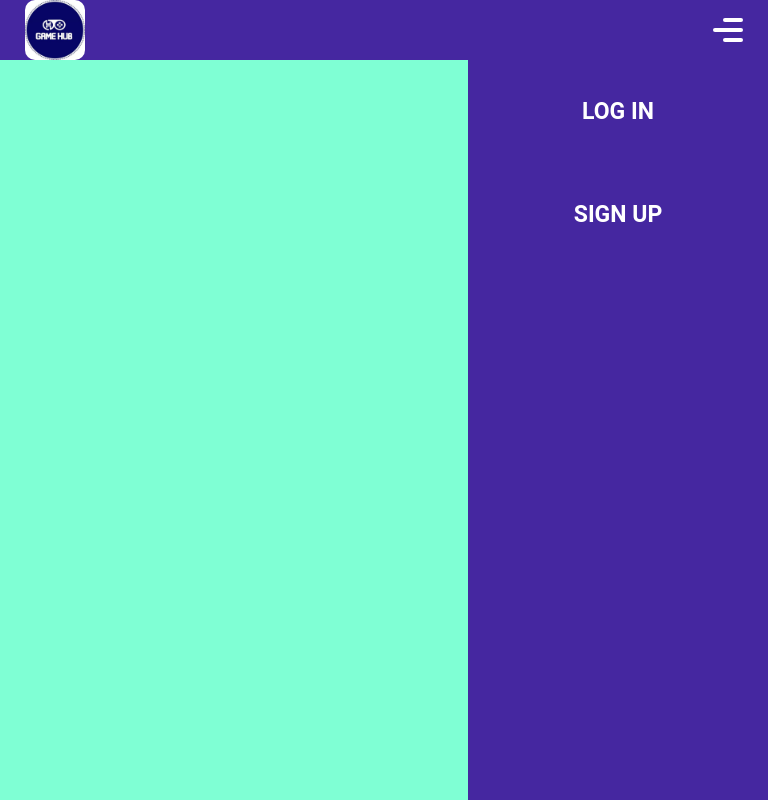
Repository: Fariaddd/HTML-CSS-reset
Page: index.html
These files come from the project's save history. The page is drawn as it stood at one moment and after the next save; the edit follows.
The browser window is 768 px wide. The pictures show the whole page.
Some web fonts or font styles are not loaded; a fallback is used.

Above is the page before, as saved 2022-04-01 17:27:45.

### index.html
<!DOCTYPE html>
<html lang="en">
  <head>
    <meta charset="UTF-8" />
    <meta http-equiv="X-UA-Compatible" content="IE=edge" />
    <meta name="viewport" content="width=device-width, initial-scale=1.0" />
    <title>Document</title>
    <link rel="stylesheet" href="style/index.css" />
  </head>
  <body>
    <header class="header">
      <div class="logo">
        <a href="./index.html">
          <img src="./img/Gamehub.png" alt="Gamehub-logo"
        /></a>
      </div>
      <div class="navigation">
          <input type="chechbox"
          class="toggle-menu">
          <div class="hamburger"></div>

        <ul class="menu">
          <li><a href="./all-games.html">All-Games</a></li>
          <li><a href="./about.html">About us</a></li>
          <li><a href="./concats.html">Contact us</a></li>
        </ul>
        <ul class="menu links">
            <li>
              <a href="./login.html" >LOG IN</a>
            </li>
            <li>
              <a href="./sign.html" >SIGN UP</a>
            </li>
      </div>
    </header>
  </body>
</html>

### style/index.css
@import url("https://fonts.googleepis.com/css?family=roboto:300,400,500,600,700,800,900&display=swap");

* {
  font-family: "Roboto";
  margin: 0;
  padding: 0;
  box-sizing: border-box;
}

body {
  background-color: aquamarine;
}
.header {
  position: relative;
  width: 100%;
  display: flex;
  justify-content: space-between;
  align-items: center;
  background: #4527a0;
  padding: 0 25px;
  transition: 0.3s;
}

.logo a {
  display: block;
}

.logo a img {
  display: block;
  width: 60px;
  border-radius: 10px;
}

.navigation {
  display: flex;
  justify-content: space-between;
  align-items: center;
}
.menu {
  display: flex;
  justify-content: center;
  flex-direction: row;
  align-items: center;
  z-index: 1;
  transition: 0.5s;
}

.menu li {
  list-style-type: none;
}

.menu li a {
  color: #fff;
  text-decoration: none;
  display: block;
  padding: 30px 15px;
  font-size: 23px;
  line-height: 1;
  transition: 0.3s;
  padding: 35px 25px 45px 25px;
}

.menu li a:hover {
  box-shadow: 0 -5px 0 #fff inset, 500px 0 0 rgba(255, 255, 255, 0.03) inset;
}

.links {
  background-color: black;
  font-weight: bold;
  text-decoration: none;
  list-style-type: none;
}

.hamburger {
  position: relative;
  width: 30px;
  height: 4px;
  background: #fff;
  border-radius: 10px;
  cursor: pointer;
  z-index: 2;
  transition: 0.3s;
}

.hamburger:before,
.hamburger:after {
  content: "";
  position: absolute;
  height: 4px;
  right: 0;
  background: #fff;
  border-radius: 10px;
  transition: 0.3s;
}

.hamburger:before {
  top: -10px;
  width: 20px;
}
.hamburger:after {
  top: 10px;
  width: 20px;
}

.toggle-menu {
  position: absolute;
  width: 30px;
  height: 100%;
  z-index: 3;
  cursor: pointer;
  opacity: 0;
}

.hamburger,
.toggle-menu {
  display: none;
}

.navigation input:checked ~ .hamburger {
  background: transparent;
}

.navigation input:checked ~ .hamburger:before {
  top: 0;
  transform: rotate(-45deg);
  width: 30px;
}
.navigation input:checked ~ .hamburger:after {
  top: 0;
  transform: rotate(45deg);
  width: 30px;
}

@media screen and (max-width: 992px) {
  .hamburger,
  .toggle-menu {
    display: block;
  }
  .menu {
    justify-content: start;
    flex-direction: column;
    align-items: center;
    position: fixed;
    top: 0;
    right: 0;
    background: #4527a0;
    width: 300px;
    height: 100%;
    padding-top: 65px;
  }
}

After the next save:
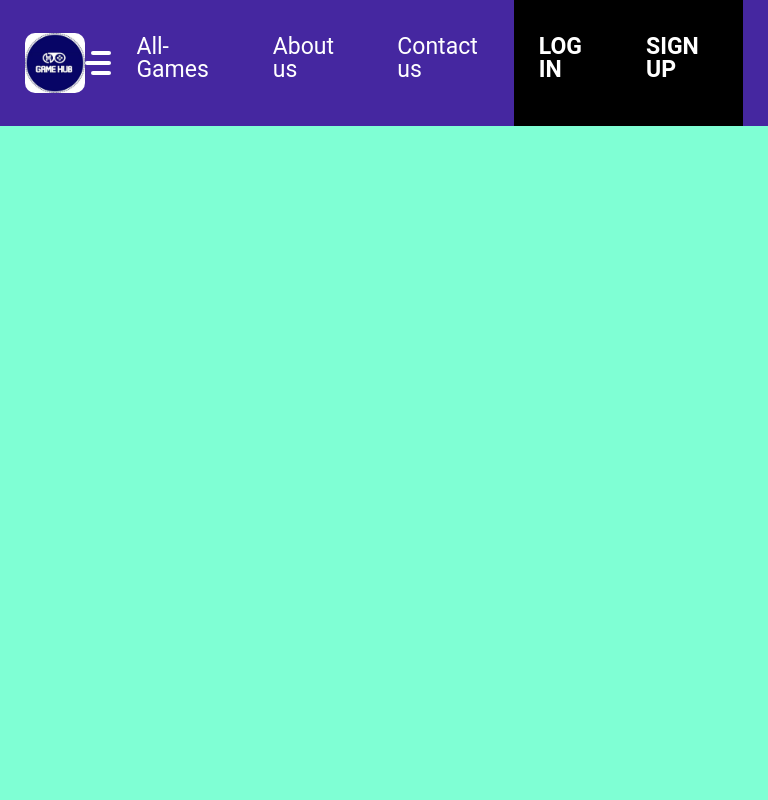
Saved 30 s later.
--- a/style/index.css
+++ b/style/index.css
@@ -136,7 +136,7 @@
   .toggle-menu {
     display: block;
   }
-  .menu {
+  .menu links {
     justify-content: start;
     flex-direction: column;
     align-items: center;

After the save that followed:
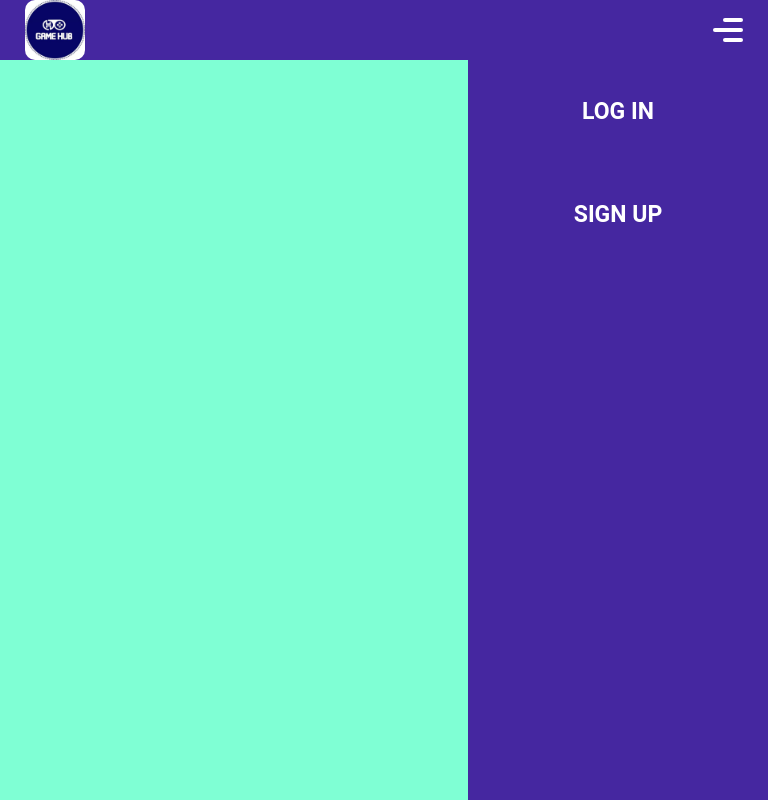
Saved 13 s later.
--- a/style/index.css
+++ b/style/index.css
@@ -136,7 +136,8 @@
   .toggle-menu {
     display: block;
   }
-  .menu links {
+  .menu,
+  links {
     justify-content: start;
     flex-direction: column;
     align-items: center;
